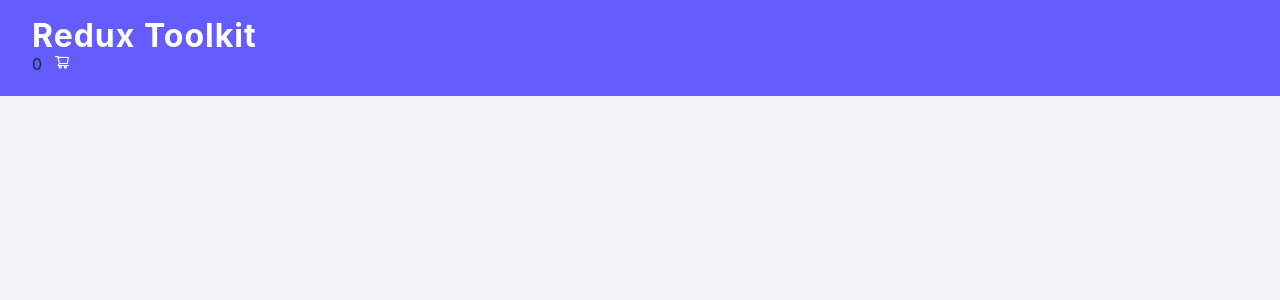
Repository: Nurlan-Bakenbaev/ReduxToolit
Page: /
An editor plug-in stored every save of this project. The page is shown before and after the next save, followed by the edit.
The browser window is 1280 px wide. The pictures show the whole page.
The project was rebuilt for these pictures with package versions that can differ from the ones it lists, and the page was loaded fresh each time.

Above is the page before, as saved 2023-11-08 12:38:59.

### src/index.js
import React from "react";
import { createRoot } from "react-dom/client";
import "./index.css";
import App from "./App";
import store from "./redux/store";
import { Provider } from "react-redux";
const container = document.getElementById("root");
const root = createRoot(container);

root.render(
  <React.StrictMode>
    <Provider store={store}>
      <App />
    </Provider>
  </React.StrictMode>
);

### src/App.js
import React from "react";
import Navbar from "./components/Navbar";
function App() {
  return (
    <div>
      <Navbar />
    </div>
  );
}
export default App;

### src/redux/store.js
import { configureStore } from "@reduxjs/toolkit";
import cartReducer from "./features/cartSlice";
const store = configureStore({
  reducer: {
    cart: cartReducer },
});
export default store;

### src/components/Navbar.js
import React from "react";
import { AiOutlineShoppingCart } from "react-icons/ai";
import { useSelector} from "react-redux";
const Navbar = () => {
  const { amount } = useSelector((store) => store.cart);
  return (
    <nav className="">
      <h3> Redux Toolkit</h3>
      <span>
        <span>{amount}</span>
        <AiOutlineShoppingCart />
      </span>
    </nav>
  );
};
export default Navbar;

### src/redux/features/cartSlice.js
import { createSlice } from "@reduxjs/toolkit";
const initialState = {
  cartItems: [],
  amount: 0,
  total: 0,
  isLoading: true,
};
const cartSlice = createSlice({
  name: "cart",
  initialState,
});
export default cartSlice.reducer;

Loaded but not shown: public/index.html (common file); src/index.css (common file)

After the next save:
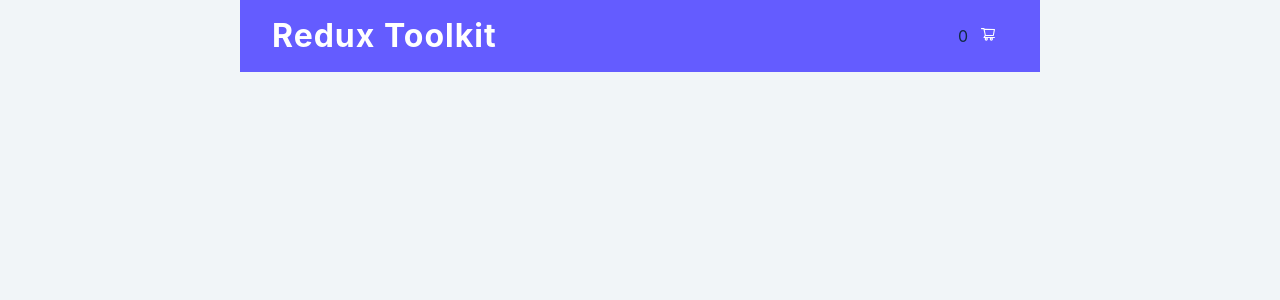
Saved 6 s later.
--- a/src/components/Navbar.js
+++ b/src/components/Navbar.js
@@ -4,7 +4,7 @@
 const Navbar = () => {
   const { amount } = useSelector((store) => store.cart);
   return (
-    <nav className="">
+    <nav className="nav-center">
       <h3> Redux Toolkit</h3>
       <span>
         <span>{amount}</span>
